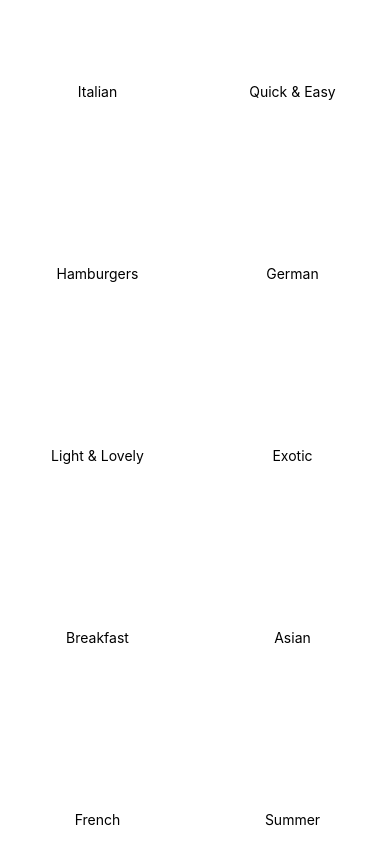
Repository: SyLe-Van/Food-Category-App
Screen: /
These files come from the project's save history. The screen is drawn as it stood at one moment and after the next save; the edit follows.
An inner scrolling area shows only its first screen. The app was drawn by React Native's web renderer in a window 390 px wide. The project was rebuilt for these pictures with package versions that can differ from the ones it lists, and the page was loaded fresh each time.

Above is the screen before, as saved 2024-02-17 15:29:07.

After the next save:
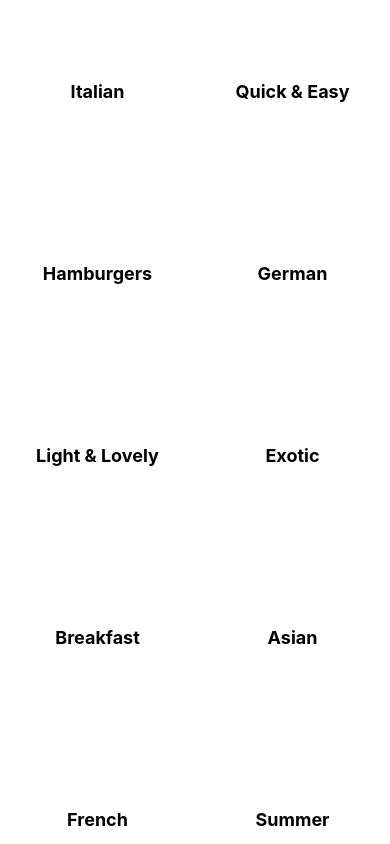
Saved 112 s later.
--- a/components/CategoryGridTitle.js
+++ b/components/CategoryGridTitle.js
@@ -5,7 +5,7 @@ function CategoryGridItem({ title, color }) {
     <View style={styles.gridItem}>
       <Pressable style={styles.button}>
         <View style={styles.innerContainer}>
-          <Text>{title}</Text>
+          <Text style={styles.title}>{title}</Text>
         </View>
       </Pressable>
     </View>
@@ -34,4 +34,8 @@ const styles = StyleSheet.create({
     padding: 16,
     alignItems: "center",
   },
+  title: {
+    fontWeight: "bold",
+    fontSize: 18,
+  },
 });
